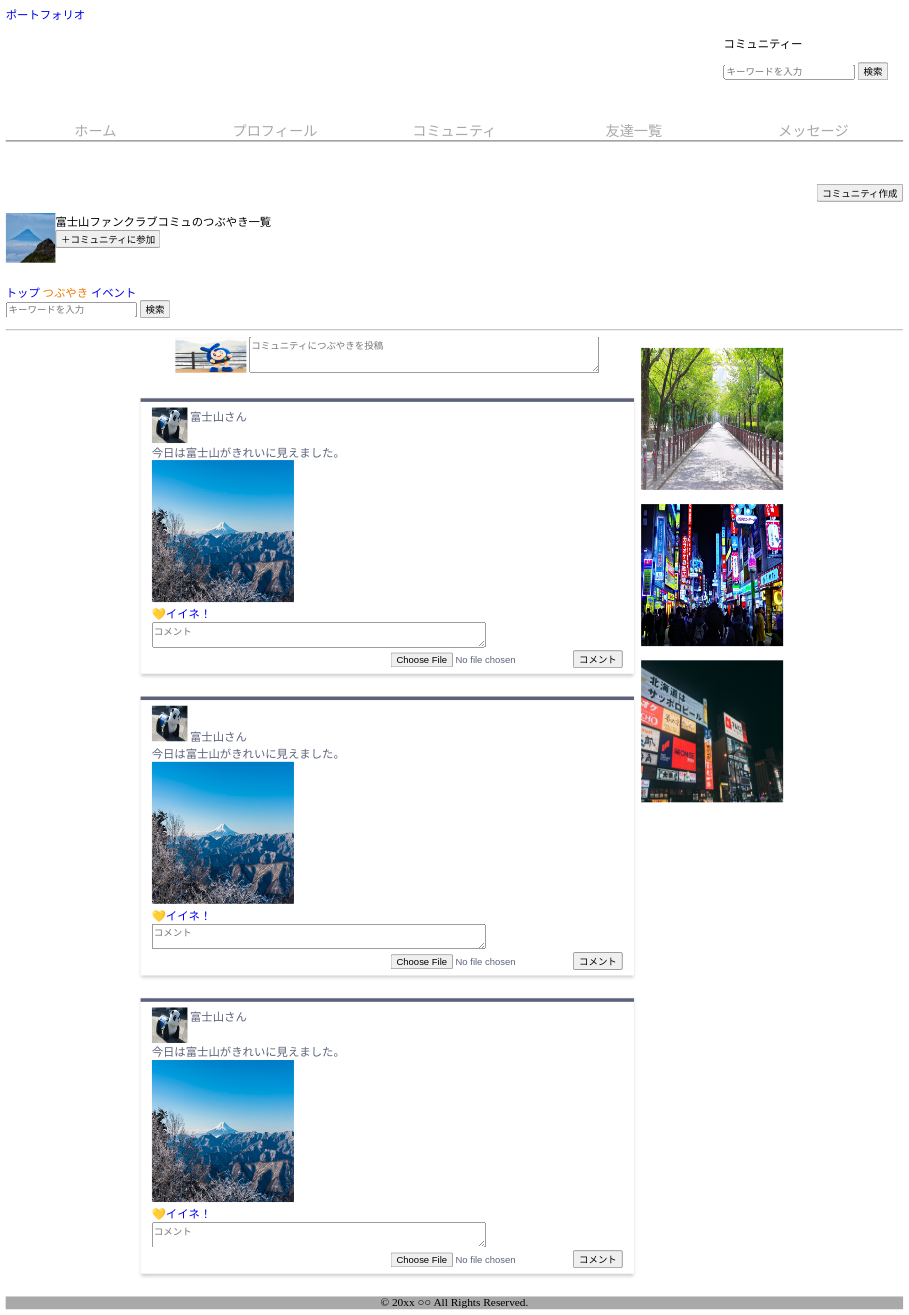
Repository: yuukiabc/samurai_PHP
Page: CMT.html
The author's editor kept a record of every edit. The page is drawn from the files as they stood at one moment, then again after the next edit.
The browser window is 1280 px wide. The pictures show the whole page, at 71% of full size.

Above is the page before.

### CMT.html
<!DOCTYPE html>
<html>
    <head>
        <meta charset="UTF-8">
        <title>sns</title>
        <link rel="stylesheet"type="text/css"href="CMT.css">
    </head>
    <body>
        <div class="f">
            <a href="HP.html">ポートフォリオ</a>
            <div class="e">
                <p>コミュニティー</p>
                <input type="search" name="search" placeholder="キーワードを入力">
                <input type="submit" name="submit" value="検索">
            </div>
        </div>
        <div class="d">
            <ul>
                <li><a href="HP.html">ホーム</a></li>
                <li><a href="PF.html">プロフィール</a></li>
                <li><a href="CM.html">コミュニティ</a></li>
                <li><a href="Friends list.html">友達一覧</a></li>
                <li><a href="message.html">メッセージ</a></li>
            </ul>
        </div>
        <div class="menu"></div>
        <div class="h">
            <div align='right'class="i">
                <input type="submit" value="コミュニティ作成">
            </div>
            <p>
                <img src="1.jpg"alt="写真"width="70" height="70"align="left">
                富士山ファンクラブコミュのつぶやき一覧<br>
                <button type=“button” onclick="location.href='#'">＋コミュニティに参加</button>
            </p>
            <br clear="left">
            <p>
                <a href="CMTP.html">トップ</a><a href="CMT.html"><span> つぶやき</span></a><a href="CMI.html"> イベント</a>

                <input align="right" type="search" name="search" placeholder="キーワードを入力">
                <input type="submit" name="submit" value="検索">
            </p>
            <hr>
            <div class="c">
                <form class="photo" action="cgi-bin/formmail.cgi" method="post">
                    <img src="20.jpg" alt="画像"width="100" height="50">
                    <textarea id="comment" name="comment"placeholder="コミュニティにつぶやきを投稿"rows="3"></textarea>
                </form>
                <div class="kakomi-box8">
                <img src="3.jpg"alt="写真"width="50" height="50"align="top">
                富士山さん
                <p>今日は富士山がきれいに見えました。</p>
                <img src="4.jpg"alt="写真"width="200" height="200"><br>
                <a href="#">💛イイネ！</a><br>
                <textarea id="comment" name="comment"placeholder="コメント"rows="2"></textarea>
                <div align='right'>
                    <input type="file" name="example1"></input>
                    <input type="submit" value="コメント"></input>
                </div>
            </div>
            <div class="kakomi-box8">
                <img src="3.jpg"alt="写真"width="50" height="50">
                富士山さん
                <p>今日は富士山がきれいに見えました。</p>
                <img src="4.jpg"alt="写真"width="200" height="200"><br>
                <a href="#">💛イイネ！</a><br>
                <textarea id="comment" name="comment"placeholder="コメント"rows="2"></textarea>
                <div align='right'>
                    <input type="file" name="example1"></input>
                    <input type="submit" value="コメント"></input>
                </div>
            </div>
            <div class="kakomi-box8">
                <img src="3.jpg"alt="写真"width="50" height="50"align="top">
                富士山さん
                <p>今日は富士山がきれいに見えました。</p>
                <img src="4.jpg"alt="写真"width="200" height="200"><br>
                <a href="#">💛イイネ！</a><br>
                <textarea id="comment" name="comment"placeholder="コメント"rows="2"></textarea>
                <div align='right'>
                    <input type="file" name="example1"></input>
                    <input type="submit" value="コメント"></input>
                </div>
            </div>
            </div>
            <div class="a">
                <p>
                    <img src="8.jpg"alt="写真">
                </p>
                <p>
                    <img src="9.jpg"alt="写真">
                </p>
                <p>
                    <img src="10.jpg"alt="写真">
                </p>
            </div>
        </div>
        <div class="g">
            <p>&copy; 20xx ○○ All Rights Reserved.</p>
        </div>
    </body>
</html>

### CMT.css
span{
    color:#ee7800;
}
a {
text-decoration: none;
}
input[type="text"],
textarea {
    width: 70%;
}
.kakomi-box8{
    padding: 0.5em 1em;
    margin: 2em 0;
    color: #5d627b;
    background: white;
    border-top: solid 5px #5d627b;
    box-shadow: 0 3px 5px rgba(0, 0, 0, 0.22);
}
.kakomi-box8 p {
    margin: 0;
    padding: 0;
}
.f{

    height:150px;
}
.e{
    margin-left:80%;
}
.d{
    align-content: center;
    width: 100%;
    display: block;
    margin-left: auto;
    margin-right: auto;
    overflow: hidden;

}
.d ul{
    list-style-type:none;
    padding:0;
    margin:0;
}
.d ul li{
    float: left;
    text-align:center;
    width:20%;
}
.d ul li a{

    display:block;
    height:20px;
    padding:10px;
    text-decoration: none;
    color:#a9a9a9;
    font-size:20px;
    margin:0;
}
.d ul li a:hover{
    filter:drop-shadow(10px 10px 10px black);
}
.menu{
    border-top: 1px solid #2b2b2b;
}
.h{
    overflow: hidden;

}
.a{
    height:100%;
    width:15%;
    float:left;
    padding-left:10px;
    box-sizing: border-box;
}
.a img{
    height:200px;
    width:200px;
}
.g{
    background-color:#a9a9a9;
    text-align:center;
}
.g p{
    margin:0;
}
.c{
    height:100%;
    width:55%;
    float:left;

    padding-left:15%;
}
.c form{
    text-align:center;
}
.i{
    padding-top:60px;
}

After the next edit:
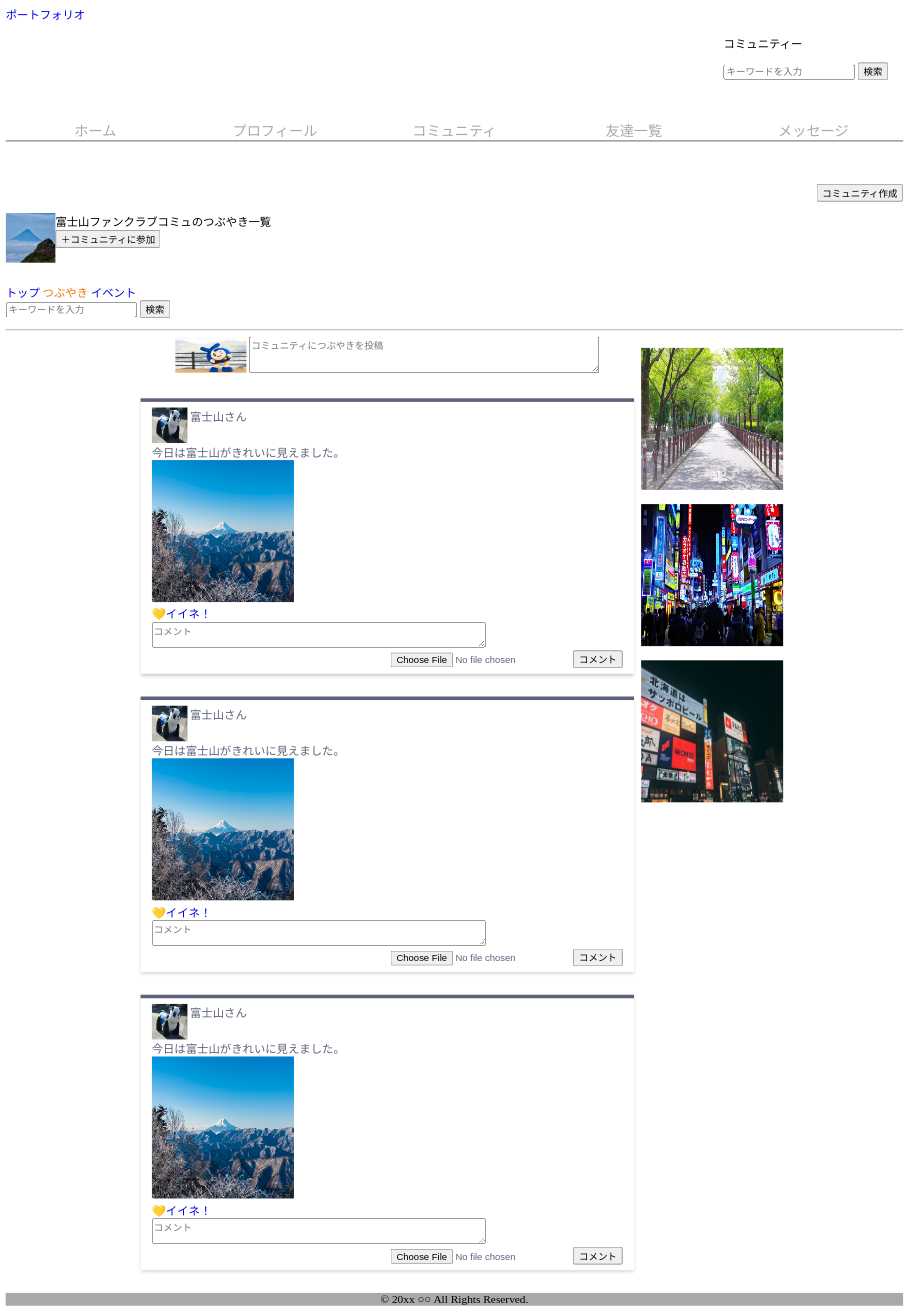
The edit:
--- a/CMT.html
+++ b/CMT.html
@@ -47,41 +47,41 @@
                     <textarea id="comment" name="comment"placeholder="コミュニティにつぶやきを投稿"rows="3"></textarea>
                 </form>
                 <div class="kakomi-box8">
-                <img src="3.jpg"alt="写真"width="50" height="50"align="top">
-                富士山さん
-                <p>今日は富士山がきれいに見えました。</p>
-                <img src="4.jpg"alt="写真"width="200" height="200"><br>
-                <a href="#">💛イイネ！</a><br>
-                <textarea id="comment" name="comment"placeholder="コメント"rows="2"></textarea>
-                <div align='right'>
-                    <input type="file" name="example1"></input>
-                    <input type="submit" value="コメント"></input>
+                    <img src="3.jpg"alt="写真"width="50" height="50"align="top">
+                    富士山さん
+                    <p>今日は富士山がきれいに見えました。</p>
+                    <img src="4.jpg"alt="写真"width="200" height="200"><br>
+                    <a href="#">💛イイネ！</a><br>
+                    <textarea id="comment" name="comment"placeholder="コメント"rows="2"></textarea>
+                    <div align='right'>
+                        <input type="file" name="example1"></input>
+                        <input type="submit" value="コメント"></input>
+                    </div>
                 </div>
-            </div>
-            <div class="kakomi-box8">
-                <img src="3.jpg"alt="写真"width="50" height="50">
-                富士山さん
-                <p>今日は富士山がきれいに見えました。</p>
-                <img src="4.jpg"alt="写真"width="200" height="200"><br>
-                <a href="#">💛イイネ！</a><br>
-                <textarea id="comment" name="comment"placeholder="コメント"rows="2"></textarea>
-                <div align='right'>
-                    <input type="file" name="example1"></input>
-                    <input type="submit" value="コメント"></input>
+                <div class="kakomi-box8">
+                    <img src="3.jpg"alt="写真"width="50" height="50"align="top">
+                    富士山さん
+                    <p>今日は富士山がきれいに見えました。</p>
+                    <img src="4.jpg"alt="写真"width="200" height="200"><br>
+                    <a href="#">💛イイネ！</a><br>
+                    <textarea id="comment" name="comment"placeholder="コメント"rows="2"></textarea>
+                    <div align='right'>
+                        <input type="file" name="example1"></input>
+                        <input type="submit" value="コメント"></input>
+                    </div>
                 </div>
-            </div>
-            <div class="kakomi-box8">
-                <img src="3.jpg"alt="写真"width="50" height="50"align="top">
-                富士山さん
-                <p>今日は富士山がきれいに見えました。</p>
-                <img src="4.jpg"alt="写真"width="200" height="200"><br>
-                <a href="#">💛イイネ！</a><br>
-                <textarea id="comment" name="comment"placeholder="コメント"rows="2"></textarea>
-                <div align='right'>
-                    <input type="file" name="example1"></input>
-                    <input type="submit" value="コメント"></input>
+                <div class="kakomi-box8">
+                    <img src="3.jpg"alt="写真"width="50" height="50"align="top">
+                    富士山さん
+                    <p>今日は富士山がきれいに見えました。</p>
+                    <img src="4.jpg"alt="写真"width="200" height="200"><br>
+                    <a href="#">💛イイネ！</a><br>
+                    <textarea id="comment" name="comment"placeholder="コメント"rows="2"></textarea>
+                    <div align='right'>
+                        <input type="file" name="example1"></input>
+                        <input type="submit" value="コメント"></input>
+                    </div>
                 </div>
-            </div>
             </div>
             <div class="a">
                 <p>
